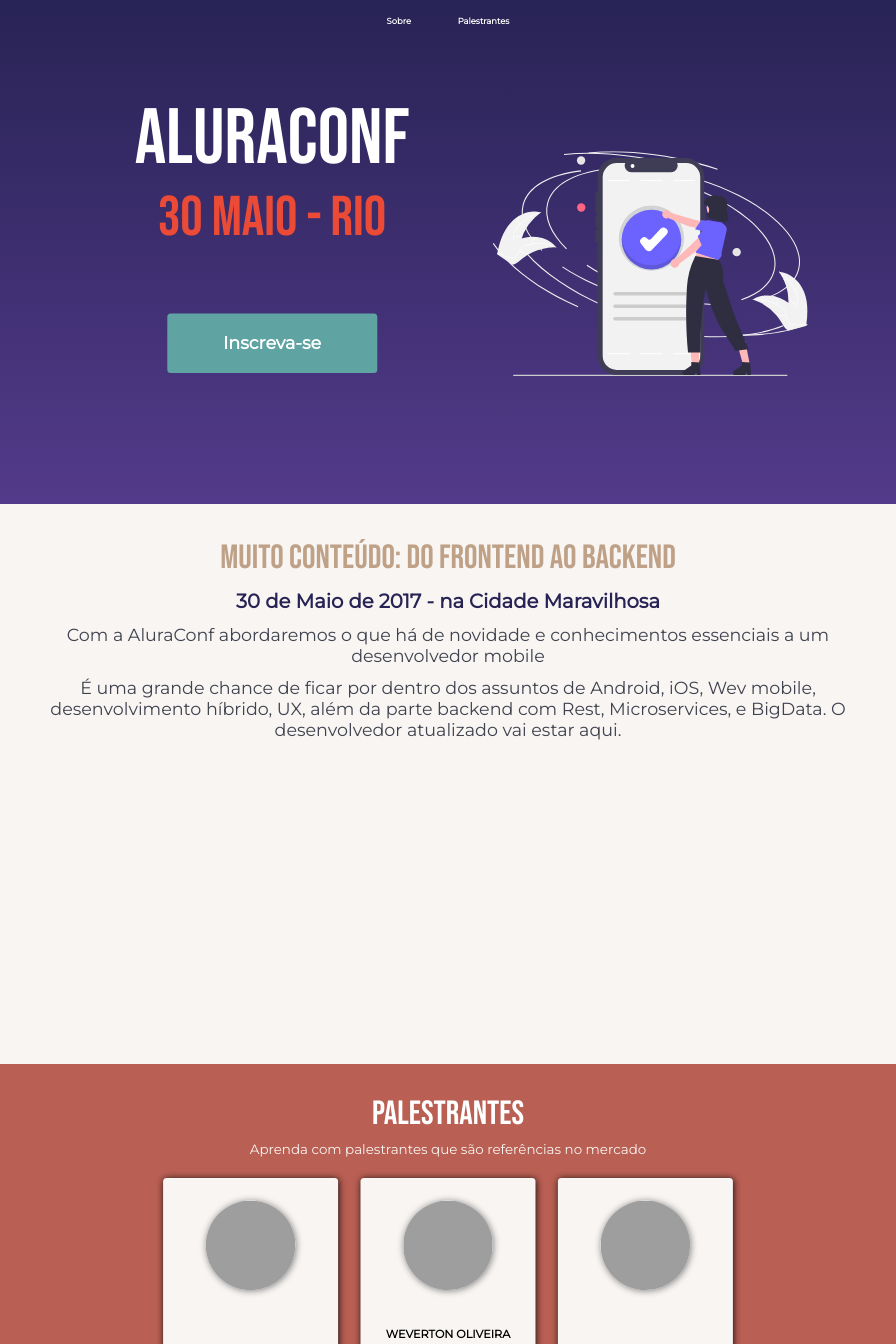
Repository: tomoliveira1/aluraconf
Page: index.html
These files come from the project's save history. The page is drawn as it stood at one moment and after the next save; the edit follows.
The browser window is 1280 px wide. The pictures show the part of the page from y = 0 to 1920 px (the page is 3072 px tall), at 70% of full size.
Pictures or frames that could not be fetched are drawn as grey boxes.

Above is the page before, as saved 2021-10-14 23:17:50.

### index.html
<!-- PROJETO FINAL - ALURACONF -->

<!DOCTYPE html>
<html lang="pt-br">
  <head>
    <meta charset="UTF-8" />
    <meta http-equiv="X-UA-Compatible" content="IE=edge" />
    <meta name="viewport" content="width=device-width, initial-scale=1.0" />
    <title>AluraConf</title>
    <link
      rel="shortcut icon"
      href="./aluraconf/img/favicon.ico"
      type="image/x-icon"
    />

    <link rel="preconnect" href="https://fonts.googleapis.com" />
    <link rel="preconnect" href="https://fonts.gstatic.com" crossorigin />

    <link rel="stylesheet" href="/aluraconf/css/reset.css" />
    <link rel="stylesheet" href="/aluraconf/css/base.css" />
    <link rel="stylesheet" href="aluraconf/css/header.css" />
    <link rel="stylesheet" href="aluraconf/css/about.css" />
    <link rel="stylesheet" href="aluraconf/css/speakers.css" />
    <link rel="stylesheet" href="aluraconf/css/form.css" />
    <link
      href="https://fonts.googleapis.com/css2?family=Bebas+Neue&family=Montserrat:wght@300;400&display=swap"
      rel="stylesheet"
    />
  </head>
  <body>
    <header class="header container">
      <div class="navigation">
        <nav class="header_nav">
          <ul>
            <li class="header_link"><a href="#about">Sobre</a></li>
            <li class="header_link"><a href="#speakers">Palestrantes</a></li>
          </ul>
        </nav>
      </div>

      <div class="header_text container">
        <h1 class="header_title">aluraconf</h1>
        <h1 class="header_subtitle">30 Maio - Rio</h1>

        <a class="header_button button" href="#subscribe">Inscreva-se</a>
      </div>

      <img
        class="header_image"
        src="aluraconf/img/phone.svg"
        alt="ilustração de uma pessoa usando um computador"
      />
    </header>

    <main>
      <section id="about" class="about container">
        <h1 class="title about_title">
          Muito conteúdo: do frontend ao backend
        </h1>
        <h2 class="about_subtitle">
          30 de Maio de 2017 - na Cidade Maravilhosa
        </h2>
        <p class="about_content">
          Com a AluraConf abordaremos o que há de novidade e conhecimentos
          essenciais a um desenvolvedor mobile
        </p>
        <p class="about_content">
          É uma grande chance de ficar por dentro dos assuntos de Android, iOS,
          Wev mobile, desenvolvimento híbrido, UX, além da parte backend com
          Rest, Microservices, e BigData. O desenvolvedor atualizado vai estar
          aqui.
        </p>
      </section>

      <section id="speakers" class="speakers container">
        <h1 class="title">Palestrantes</h1>
        <h2>Aprenda com palestrantes que são referências no mercado</h2>

        <div class="cards">
          <div class="card">
            <img
              src="https://i.insider.com/60c1df2b23393a00188e25da?width=1136&format=jpeg"
              alt="foto de perfil Weverton"
              class="profile_picture"
            />

            <div class="info_container">
              <span class="profile_name">Mark Zuckerberg</span>
              <span class="profile_subtitle">Programador | Facebook</span>
              <span class="profile_description"
                >Bom, mas não tão bom quanto o Weverton ai do lado</span
              >
            </div>
          </div>

          <div class="card">
            <img
              src="https://avatars.githubusercontent.com/u/85240595?v=4"
              alt="foto de perfil Weverton"
              class="profile_picture"
            />

            <div class="info_container">
              <span class="profile_name">Weverton Oliveira</span>
              <span class="profile_subtitle">Front-end Developer | FAcode</span>
              <span class="profile_description"
                >Mais conhecido como o melhor Front-end do mundo! Fonte: todo
                mundo</span
              >
            </div>
          </div>

          <div class="card">
            <img
              src="https://conteudo.imguol.com.br/c/tab/85/2020/07/07/o-empresario-e-filantropo-bill-gates-1594123769189_v2_450x337.jpg"
              alt="foto de perfil Weverton"
              class="profile_picture"
            />

            <div class="info_container">
              <span class="profile_name">Bill Gates</span>
              <span class="profile_subtitle">Programador | Microsoft</span>
              <span class="profile_description"
                >Criador da Microsoft, empresa que fustra os usuários na hora do
                Login</span
              >
            </div>
          </div>
        </div>
      </section>

      <section id="subscribe" class="form container">
        <img
          src="aluraconf/img/form-image.svg"
          alt="Ilustração de cadastro"
          class="form_image"
        />

        <div class="inputs">
          <h1 class="title">seus dados</h1>
          <form>
            <label class="custom_field">
              <input
                class="form_input"
                type="text"
                id="nome"
                placeholder="Nome Completo"
              />
            </label>

            <label class="custom_field">
              <input
                class="form_input"
                type="text"
                id="email"
                placeholder="Email"
              />
            </label>
          </form>

          <a class="submit_button button">Enviar</a>
        </div>
      </section>
    </main>
  </body>
</html>

### aluraconf/css/base.css
:root {
  /* Colors */
  --clr-gray: #37474f;
  --placeholder: #222;
  --text-color: #3f434f;
  --red: #eb4b36;
  --bg-orange: #ba5f53;
  --bg-color-darker: #282355;
  --bg-color-lighter: #533a8a;
  --button-hover: #2a87a1;
  --clr-primary: #2f7b91;
  --button: #5fa3a3;
  --white: #fff;
  --beige: #bea187;
  --input: #d5d5d5;
  --clr-gray-light: #b0bec5;
  --light-beige: #f8f5f2;

  /* Fonts */

  --bebas-neue: "Bebas Neue", cursive;
  --montserrat: "Montserrat", sans-serif;
}

html {
  scroll-behavior: smooth;
}

body {
  font-family: "Bebas Neue", cursive;
  font-family: "Montserrat", sans-serif;
}

.container {
  padding-right: 6%;
  padding-left: 6%;
}

.title {
  font-family: var(--bebas-neue);
  text-transform: uppercase;
  text-align: center;
  font-size: 3rem;
}

.button {
  background-color: var(--button);
  color: var(--white);
  font-weight: 600;
  text-align: center;
  display: block;
  box-sizing: border-box;
  padding: 1rem 2rem;
  border-radius: 5px;
  transition: all 0.2s;
}

.button:hover {
  background-color: var(--button-hover);
}

### aluraconf/css/header.css
.header {
  background-image: linear-gradient(
    var(--bg-color-darker),
    var(--bg-color-lighter)
  );

  width: 100%;
  min-height: 100vh;

  box-sizing: border-box;

  display: flex;
  flex-direction: column;
  align-items: center;

  padding-top: 0.75rem;
  padding-bottom: 0.75rem;
}

.header_nav {
  text-align: center;
}

.header_link {
  color: var(--white);
  font-size: 1rem;
  font-weight: 600;

  display: inline-block;

  margin-right: 0.7rem;
  margin-bottom: 4rem;
  margin-left: 0.7rem;

  padding: 0.75rem 1.25rem;
}

.header_title {
  font-family: var(--bebas-neue);
  color: var(--white);
  font-size: 5rem;
  text-align: center;
}

.header_subtitle {
  font-family: var(--bebas-neue);
  font-size: 3.5rem;
  color: var(--red);
  margin-bottom: 6rem;
  text-align: center;
}

.header_button {
  width: 100%;
}

.header_image {
  display: none;
}

@media screen and (min-width: 1024px) {
  .navigation {
    width: 100%;
    align-items: center;
  }

  .header_title {
    font-size: 7rem;
  }

  .header_subtitle {
    font-size: 5rem;
  }

  .header_button {
    width: 300px;
    padding: 30px;
    font-size: 25px;
  }

  .header_text {
    align-items: center;
    margin-top: 2rem;
    margin-left: 3rem;
    display: flex;
    flex-direction: column;
  }

  .header {
    align-items: start;
  }

  .header_link {
    align-content: center;
    font-size: 0.75rem;
    position: relative;
  }

  .header_image {
    width: 450px;
    display: flex;
    position: absolute;
    left: 55%;
    top: 30%;
  }
}

### aluraconf/css/about.css
.about {
  background-color: var(--light-beige);
  min-height: 100vh;
  padding: 3rem 5% 2rem;
  line-height: 1.2;
}

.about_title {
  color: var(--beige);
  text-transform: uppercase;
  margin-bottom: 1rem;
}

.about_subtitle {
  color: var(--bg-color-darker);
  font-family: "Montserrat", sans-serif;
  font-weight: bold;
  text-align: center;
  font-size: 25px;
  margin-bottom: 1rem;
}

.about_content {
  color: var(--text-color);
  width: 100%;
  display: block;
  text-align: center;
  margin-bottom: 1rem;
  margin-right: 0;
  font-size: 20px;
  justify-content: center;
}

@media screen and (min-width: 1024px) {

  .about_subtitle {
    font-size: 28px;
  }

  .about_content {
    font-size: 25px;
  }

  .about_content:first-child {
    margin-top: 2rem;
  }
}

### aluraconf/css/speakers.css
.speakers {
  min-height: 100vh;
  background-color: var(--bg-orange);
  padding: 3rem 5% 2rem;
  align-items: center;
  display: flex;
  flex-direction: column;
}

h1 {
  color: var(--white);
  text-transform: uppercase;
  margin-bottom: 1rem;
}

h2 {
  font-family: var(--montserrat);
  color: var(--light-beige);
  text-align: center;
  font-size: 1.2rem;
  margin-bottom: 1rem;
}

.cards {
  display: flex;
  flex-direction: column;
  align-items: center;
}

.card {
  width: 250px;
  height: 400px;
  background-color: var(--light-beige);
  border-radius: 5px;
  box-shadow: 1px 1px 10px rgb(15, 15, 15);
  display: flex;
  flex-direction: column;
  justify-content: space-between;
  align-items: center;
  margin: 1rem;
}

.profile_picture {
  margin-top: 2rem;
  width: 8rem;
  height: 8rem;
  border-radius: 50%;
  box-shadow: 1px 1px 10px grey;
}

.info_container {
  width: 100%;
  display: flex;
  flex-direction: column;
  align-items: center;
}

.profile_name {
  margin: 2rem 2rem 0.5rem;
  font-weight: bold;
  text-transform: uppercase;
}

.profile_subtitle {
  margin: 1rem;
  text-align: center;
}

.profile_description {
  margin: 1rem;
  text-align: center;
}

@media screen and (min-width: 1024px) {
  .cards {
    flex-direction: row;
  }

  .card:hover {
    cursor: pointer;
    transform: translateY(10px);
    transition: all 0.3s ease;
  }
}

### aluraconf/css/form.css
.form {
  display: flex;
  flex-direction: column;
  background-color: var(--light-beige);
  min-height: 70vh;
  padding-top: 2rem;
  align-items: center;
  min-height: 100vh;
}

.form h1 {
  color: var(--beige);
  margin-bottom: 1rem;
}

.custom_field {
  position: relative;
  font-size: 14px;
  padding-top: 20px;
  margin-bottom: 5px;
}

.custom_field input {
  width: 100%;
  box-sizing: border-box;
  border: none;
  appearance: none;
  background: var(--input);
  padding: 20px;
  border-radius: 3px;
  margin-top: 2rem;
  outline: none;
  font-size: 14px;
}

.curstom_field span {
  position: absolute;
  left: 12px;
  top: 50%;
}

input:focus::placeholder {
  color: rgb(143, 143, 143);
}

input::placeholder {
  color: var(--placeholder);
  transition: color 0.3s ease;
}

.submit_button {
  width: 100%;
  margin-top: 3rem;
  cursor: pointer;
}

.form_image {
  display: none;
}

@media screen and (min-width: 1024px) {
  .form {
    flex-direction: row;
    justify-content: space-between;
  }

  .submit_button {
    width: 600px;
  }

  .inputs {
    flex-direction: column;
  }

  .form_image {
    margin-left: 3rem;
    width: 400px;
    display: flex;
    position: relative;
    transform: scaleX(-1);
  }
}

Loaded but not shown: aluraconf/css/reset.css (common file)

After the next save:
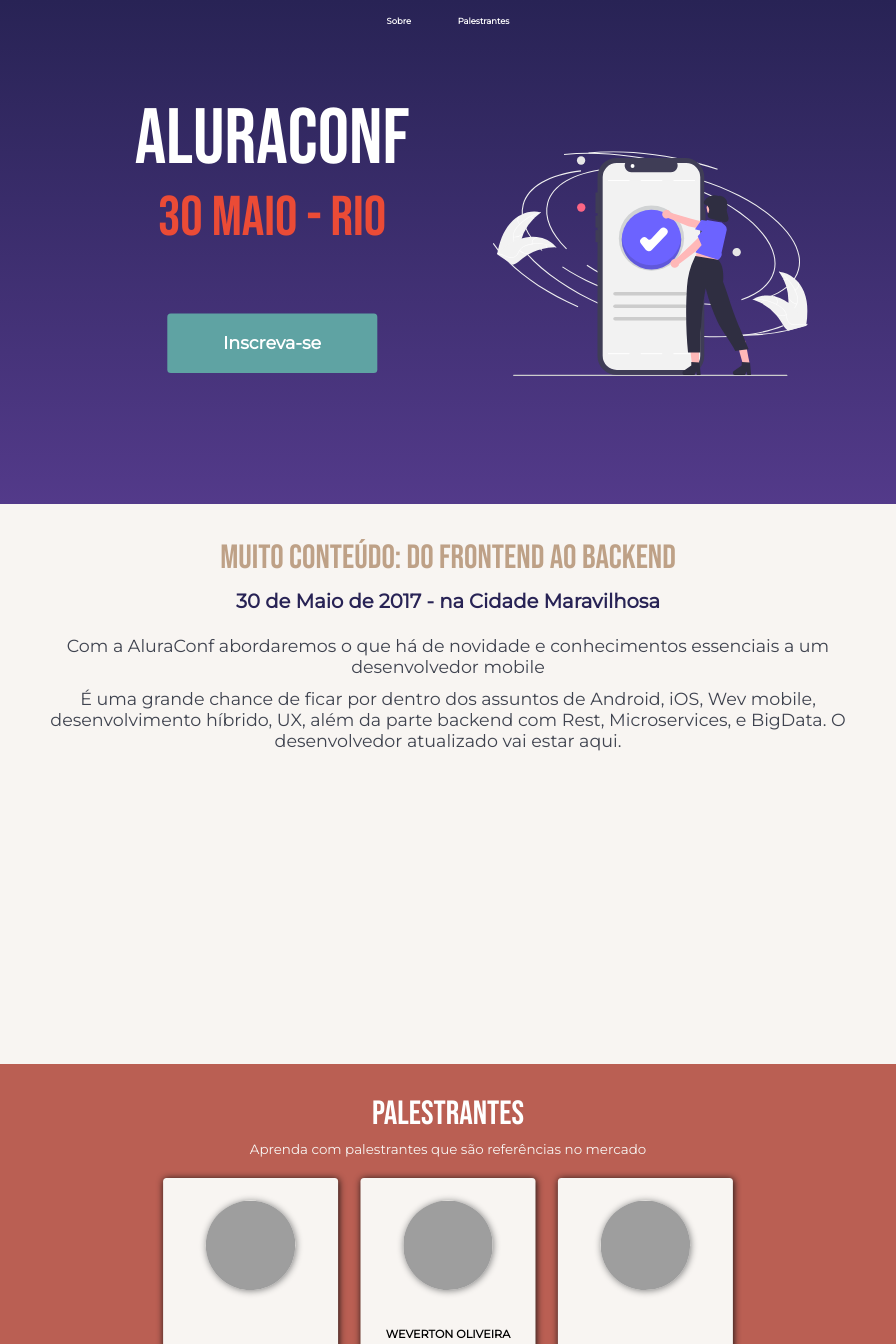
Saved 21 s later.
--- a/aluraconf/css/about.css
+++ b/aluraconf/css/about.css
@@ -41,7 +41,7 @@
     font-size: 25px;
   }
 
-  .about_content:first-child {
+  .about_content:first-of-type {
     margin-top: 2rem;
   }
 }
